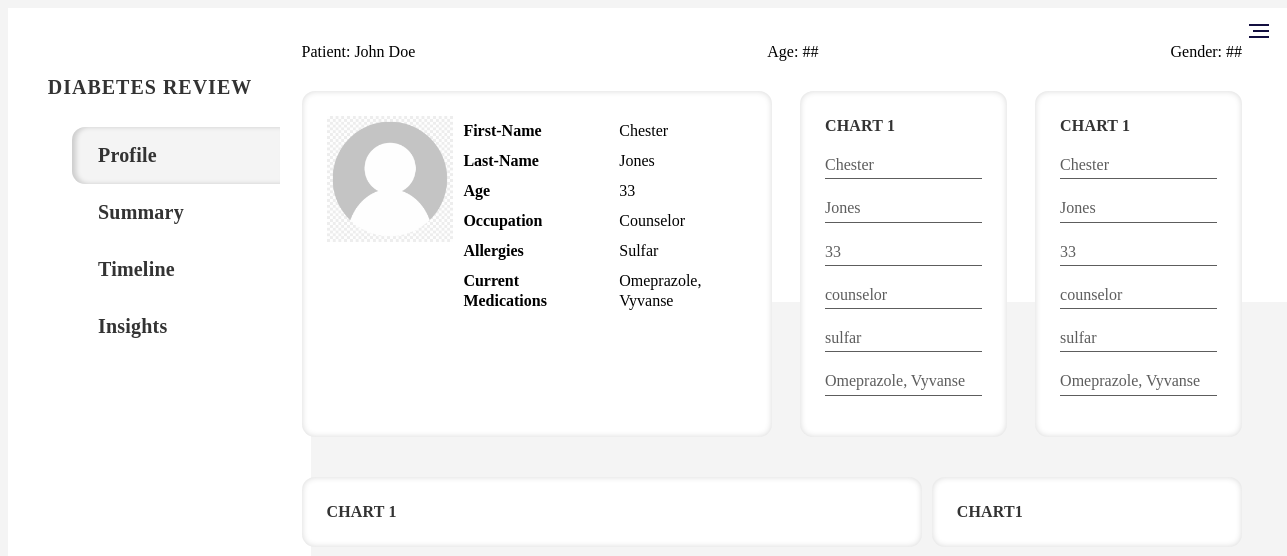
Repository: ariellecerini/clinical-reasoning
Page: /
These files come from the project's save history. The page is drawn as it stood at one moment and after the next save; the edit follows.
The browser window is 1280 px wide. The page is 1287 px wide, so the pictures cover 1287 px, including what lies to the right of the window. The pictures show the whole page.
The project was rebuilt for these pictures with package versions that can differ from the ones it lists, and the page was loaded fresh each time.

Above is the page before, as saved 2021-07-18 23:56:40.

After the next save:
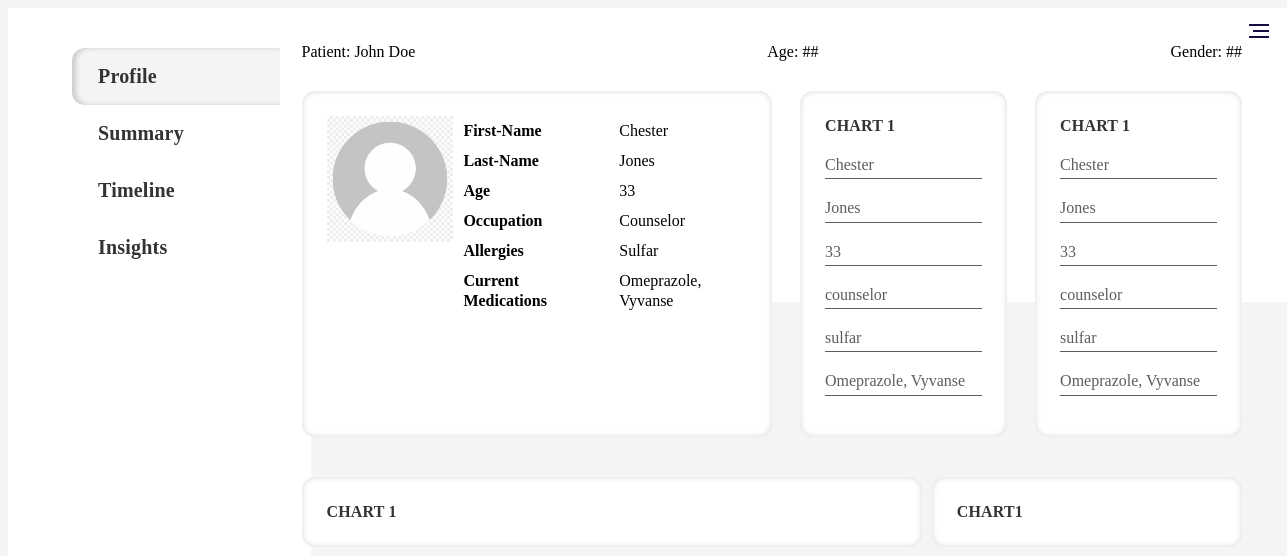
Saved 4 s later.
--- a/src/stories/Dashboard/Menu/SidePanel/SidePanel.vue
+++ b/src/stories/Dashboard/Menu/SidePanel/SidePanel.vue
@@ -9,7 +9,7 @@
      <Burger></Burger>
    </nav>
     <Sidebar class="sidebar menu navholder">
-     <div class="site-title">{{ title }}</div>
+
         <div class="menu-items">
             <menu-item @onClick="onClick" v-bind="{ active: true, hover: false, label: 'profile' }"/>
             <menu-item @onClick="onClick" v-bind="{ active: false, hover: false, label: 'summary' }"/>
